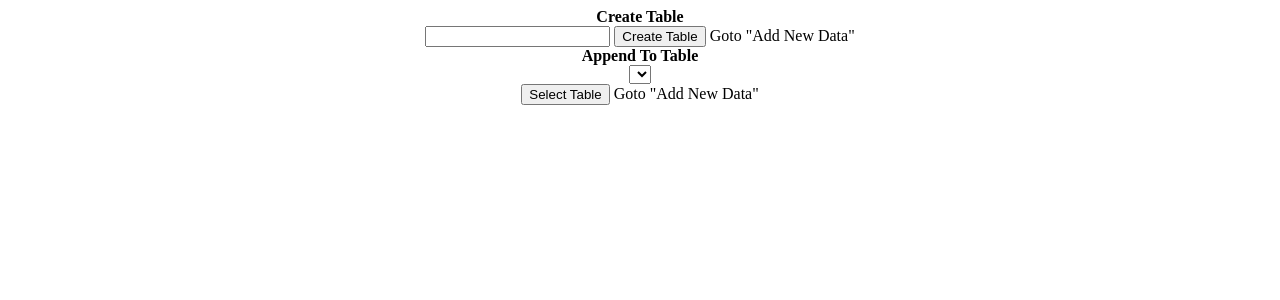
Repository: kemiporto/cmpe272-group12
Page: http://localhost/ESPAWSProject/createTable.jsp
An editor plug-in stored every save of this project. The page is shown before and after a run of saves, followed by the edit.
The browser window is 1280 px wide. The pictures show the whole page.
The page is served by Tomcat 9.

Above is the page before, as saved 2014-04-18 05:23:19.

After the next 2 saves:
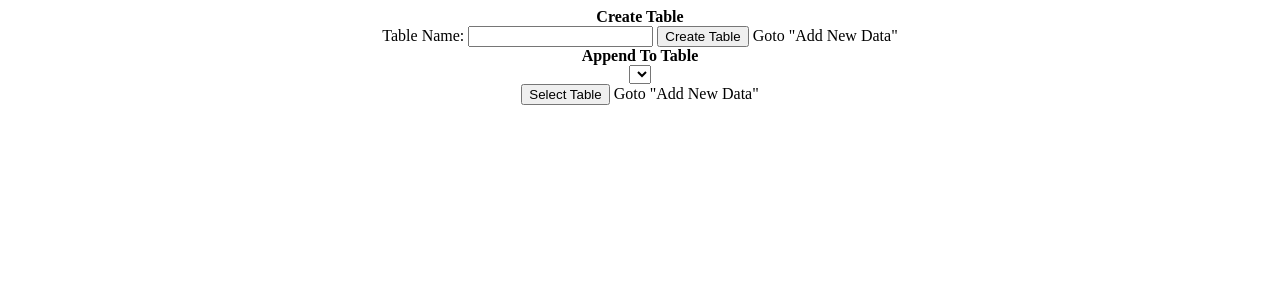
The 2 saves are shown as one change because they came seconds apart.
The last was saved 6 s later.
--- a/AWS/ESPAWSProject/WebContent/createTable.jsp
+++ b/AWS/ESPAWSProject/WebContent/createTable.jsp
@@ -7,7 +7,7 @@
 	<div>
 		<div style="font-weight: bold; text-align: center">Create Table</div>
 		<div style="text-align: center">
-			<input type="text" value="" />
+			Table Name: <input type="text" value="" />
 			<input type="button" value="Create Table" /> Goto "Add New Data"
 		</div>
 
